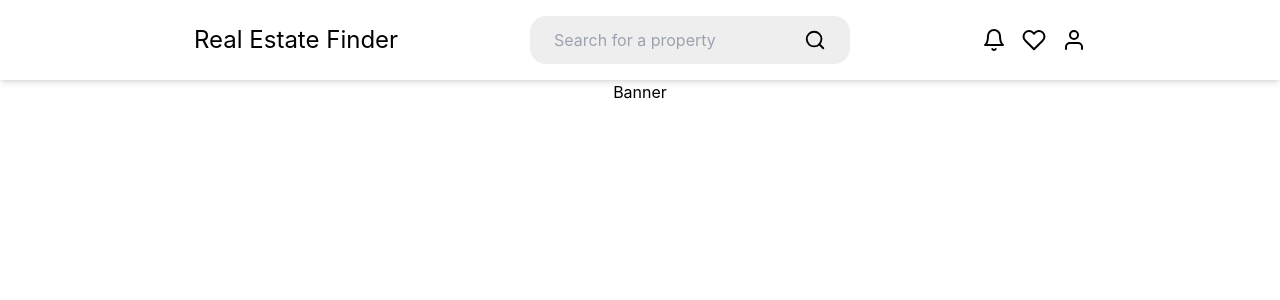
Repository: farrelmuhammad/real-estate-react
Page: /
These files come from the project's save history. The page is drawn as it stood at one moment and after the next save; the edit follows.
The browser window is 1280 px wide. The pictures show the whole page.
The project was rebuilt for these pictures with package versions that can differ from the ones it lists, and the page was loaded fresh each time. Also part of the build but not shown: src/App.css.

Above is the page before, as saved 2023-02-06 19:15:02.

After the next save:
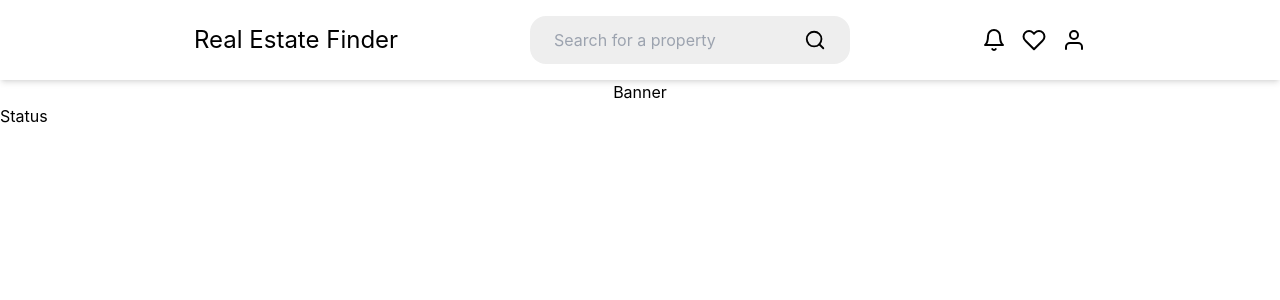
Saved 10 s later.
--- a/src/pages/Home.jsx
+++ b/src/pages/Home.jsx
@@ -1,12 +1,14 @@
 import React from 'react'
 import Banner from '../components/Banner'
 import Navbar from '../components/Navbar'
+import Status from '../components/Search/Status'
 
 const Home = () => {
     return (
         <>
             <Navbar />
             <Banner />
+            <Status />
         </>
     )
 }
